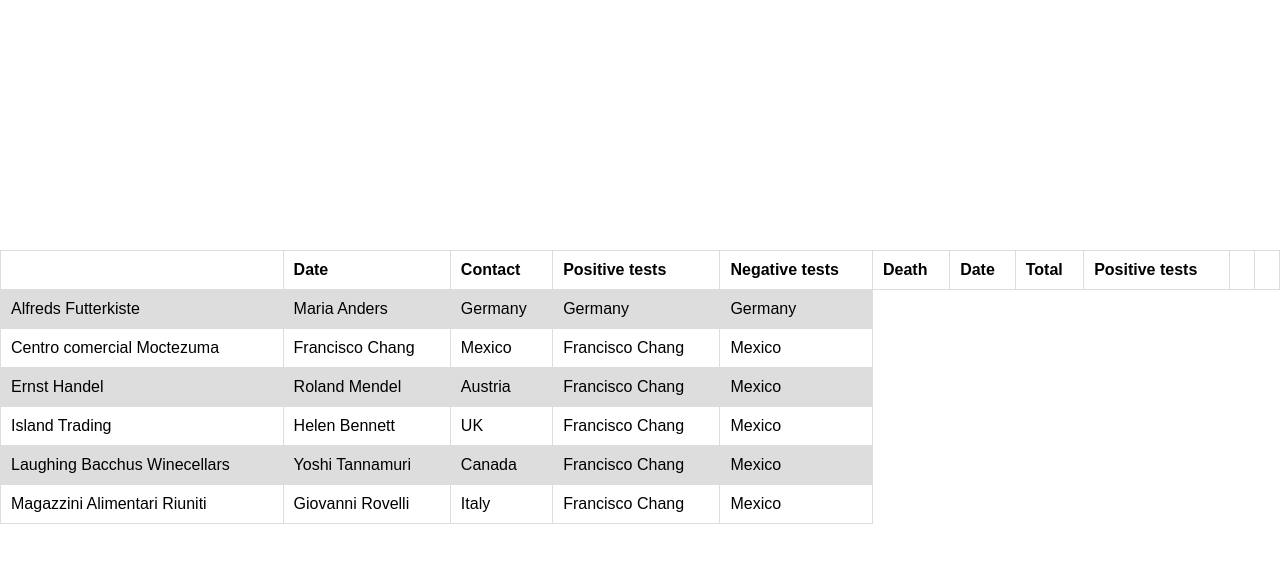
Repository: Seryozha02/ApiRequests
Page: index.html
These files come from the project's save history. The page is drawn as it stood at one moment and after a run of saves; the edit follows.
The browser window is 1280 px wide. The pictures show the whole page.

Above is the page before, as saved 2022-09-22 21:30:30.

After the next 2 saves:
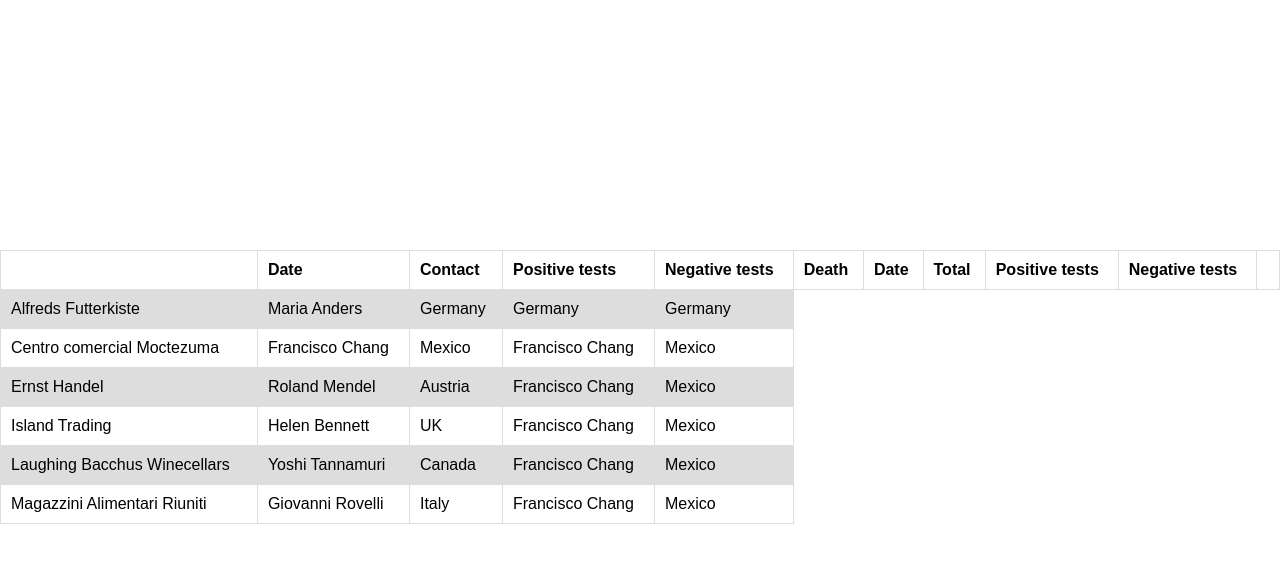
The 2 saves are shown as one change because they came seconds apart.
The last was saved 10 s later.
--- a/index.html
+++ b/index.html
@@ -19,7 +19,7 @@
         <th>Date</th>
         <th>Total</th>
         <th>Positive tests</th>
-        <th></th>
+        <th>Negative tests</th>
         <th></th>
         <tr>
           <td>Alfreds Futterkiste</td>
